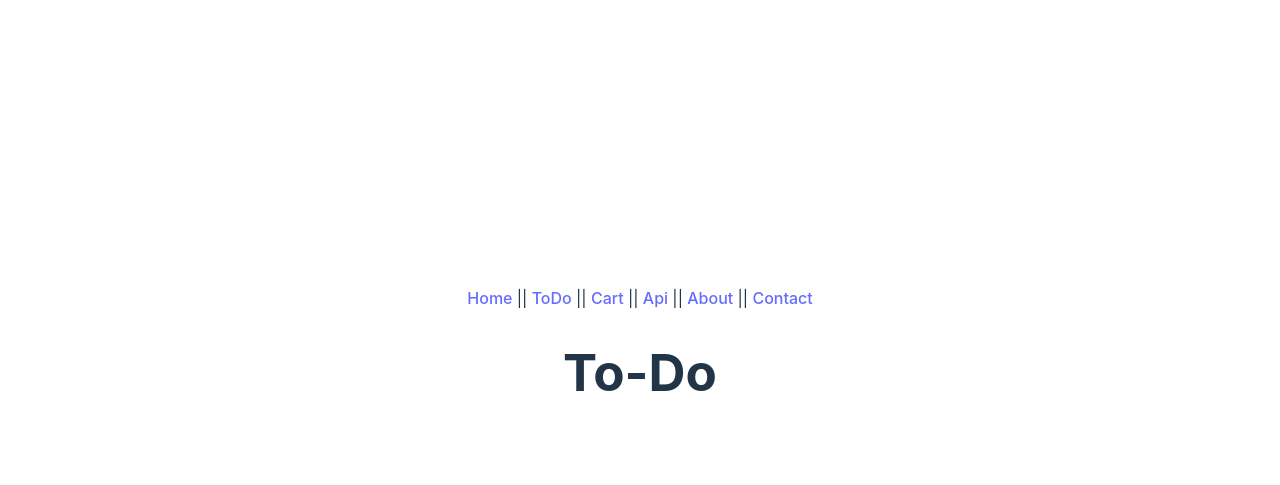
Repository: Irfan-vit/irfan_ambula
Page: /todo
The author's editor kept a copy of each file at every save. The page is drawn from the files as they stood at one save, then again after a run of saves.
The browser window is 1280 px wide. The pictures show the whole page.
The project was rebuilt for these pictures with package versions that can differ from the ones it lists, and the page was loaded fresh each time. Also part of the build but not shown: vite.config.ts, src/pages/about/About.tsx, src/pages/apiFetchView/ApiFetchView.tsx, src/pages/contact/Contact.tsx, src/pages/home/Home.tsx, src/pages/shoppingCart/ShoppingCart.tsx.

Above is the page before, as saved 2023-12-18 00:52:56.

### src/main.tsx
import { StrictMode } from 'react'
import { createRoot } from 'react-dom/client'
import App from './App.tsx'
import './index.css'
import { BrowserRouter } from "react-router-dom";

createRoot(document.getElementById('root')!).render(
  <StrictMode>
    <BrowserRouter>
      <App />
    </BrowserRouter>
  </StrictMode>,
)

### src/App.tsx
// import { useState } from 'react'
import { Routes, Route, Link } from "react-router-dom";
import './App.css'
import About from './pages/about/About'
import ApiFetchView from './pages/apiFetchView/ApiFetchView'
import Contact from './pages/contact/Contact'
import Home from './pages/home/Home'
import ShopingCart from './pages/shoppingCart/ShoppingCart'
import ToDo from './pages/toDo/ToDo'

function App() {
  return (

    <>
      <nav>
        <Link to="/"> Home </Link> ||
        <Link to="/todo"> ToDo </Link> ||
        <Link to="/cart"> Cart </Link> ||
        <Link to="/api"> Api </Link> ||
        <Link to="/about"> About </Link> ||
        <Link to="/contact"> Contact </Link>
      </nav>
      <Routes>
        <Route path="/" element={<Home />} />
        <Route path="/todo" element={<ToDo />} />
        <Route path="/cart" element={<ShopingCart />} />
        <Route path="/api" element={<ApiFetchView />} />
        <Route path="/about" element={<About />} />
        <Route path="/contact" element={<Contact />} />
      </Routes>
    </>
  )
}

export default App

### src/pages/toDo/ToDo.tsx
const ToDo: React.FC = () => {
    return (
        <>
            <h1>To-Do</h1>

        </>
    )
}

export default ToDo;

Loaded but not shown: index.html (common file); src/index.css (common file); src/App.css (common file)

After the next 3 saves:
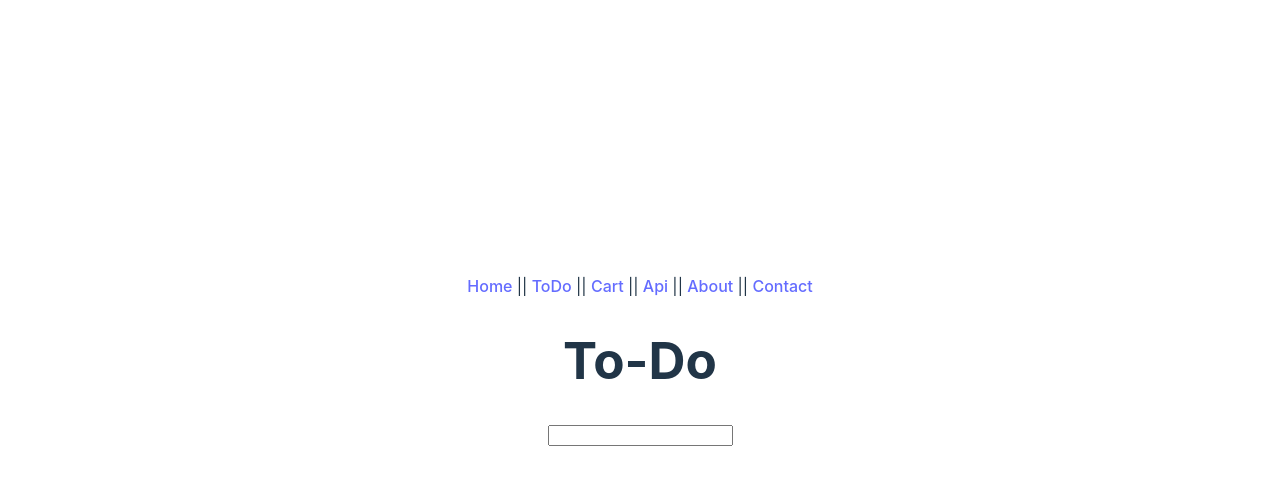
The 3 saves are shown as one change because they came seconds apart.
The last was saved 10 s later.
--- a/src/pages/toDo/ToDo.tsx
+++ b/src/pages/toDo/ToDo.tsx
@@ -2,7 +2,9 @@
     return (
         <>
             <h1>To-Do</h1>
-
+            <div>
+                <input type="text" />
+            </div>
         </>
     )
 }
